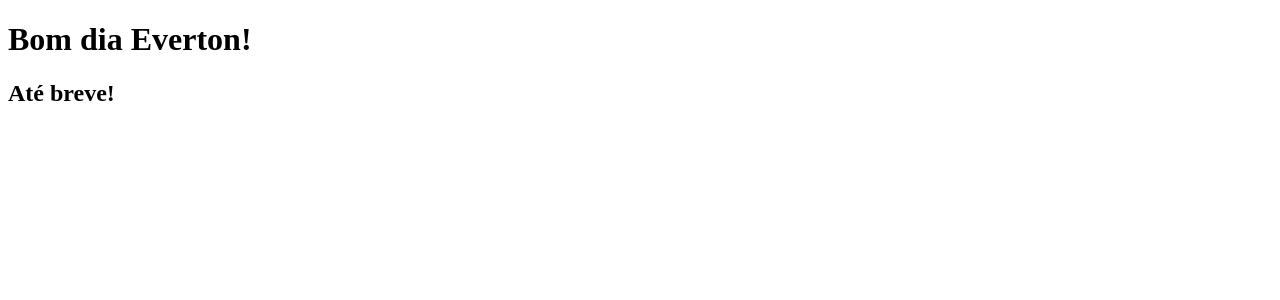
Repository: evertonagilar/Curso-Web-Moderno-Completo
Page: / (app in cap22-React/exercicios/)
An editor plug-in stored every save of this project. The page is shown before and after a run of saves, followed by the edit.
The browser window is 1280 px wide. The pictures show the whole page.
The project was rebuilt for these pictures with package versions that can differ from the ones it lists, and the page was loaded fresh each time.

Above is the page before, as saved 2023-09-18 20:07:05.

After the next 4 saves:
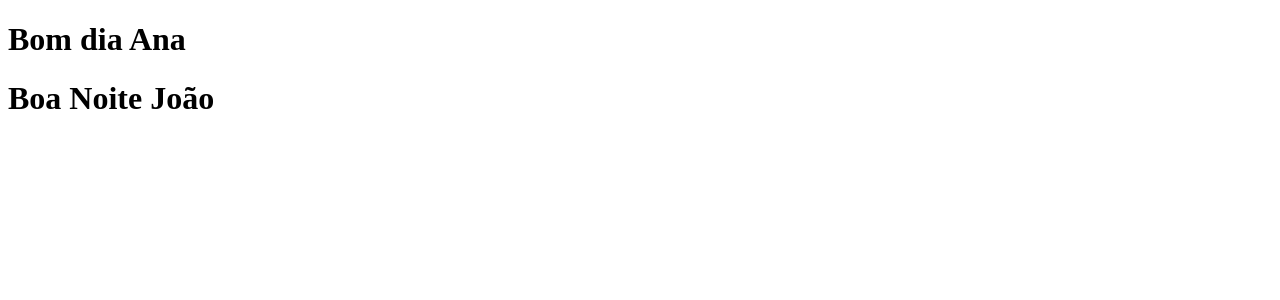
The 4 saves are shown as one change because 2 did not build or start and some came seconds apart.
The last was saved 44 s later.
--- a/cap22-React/exercicios/src/index.js
+++ b/cap22-React/exercicios/src/index.js
@@ -2,6 +2,11 @@ import React from "react";
 import ReactDOM from "react-dom";
 
 import BomDia from './components/BomDia'
+import { BoaTarde, BoaNoite } from'./components/Multiplos'
+import Multi from './components/Multiplos'
 
-
-ReactDOM.render(<BomDia nome="Everton" />, document.getElementById('root'))
+ReactDOM.render(
+    <div>
+        <BoaTarde nome="Ana" />
+        <BoaNoite nome="João" />
+    </div>, document.getElementById('root'))
